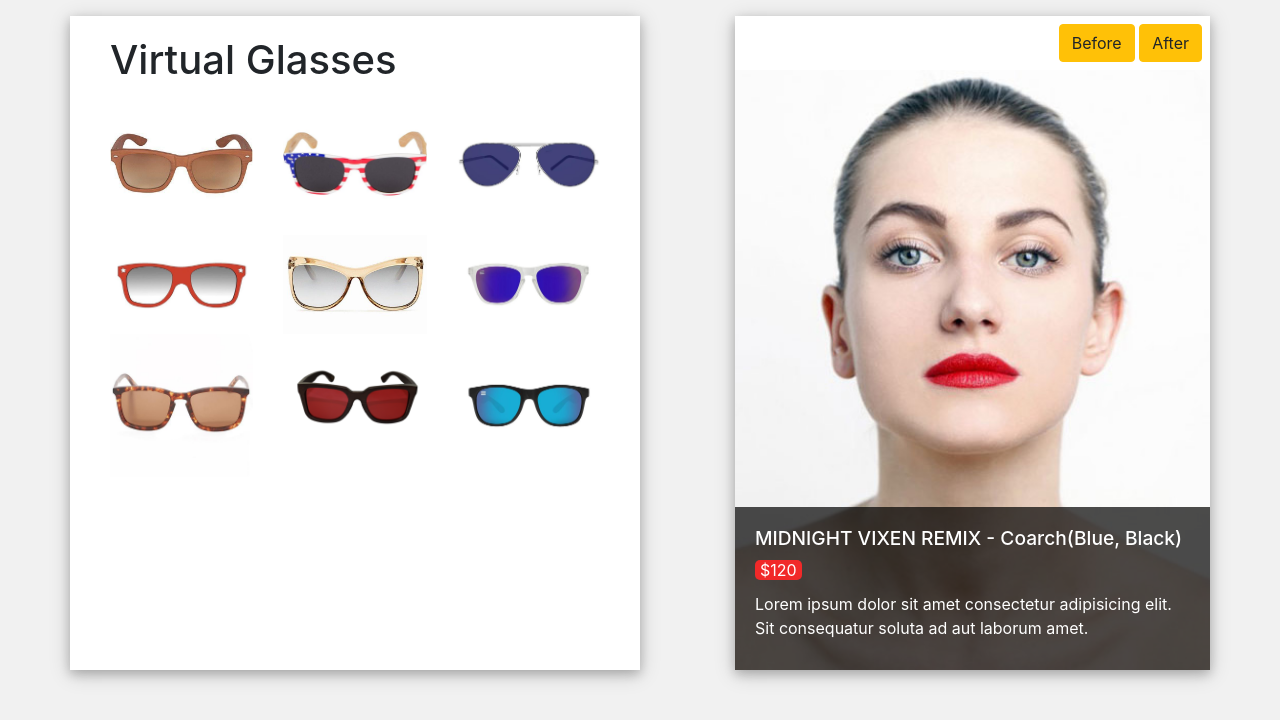
Repository: Khoi300399/BC35E_ES6_B2_MaThanhKhoi
Page: index.html
The author's editor kept a copy of each file at every save. The page is drawn from the files as they stood at one save, then again after the next save.
The browser window is 1280 px wide. The pictures show the whole page.

Above is the page before, as saved 2022-10-22 00:08:11.
Console error (its wording comes from the project's code and is left out).

After the next save:
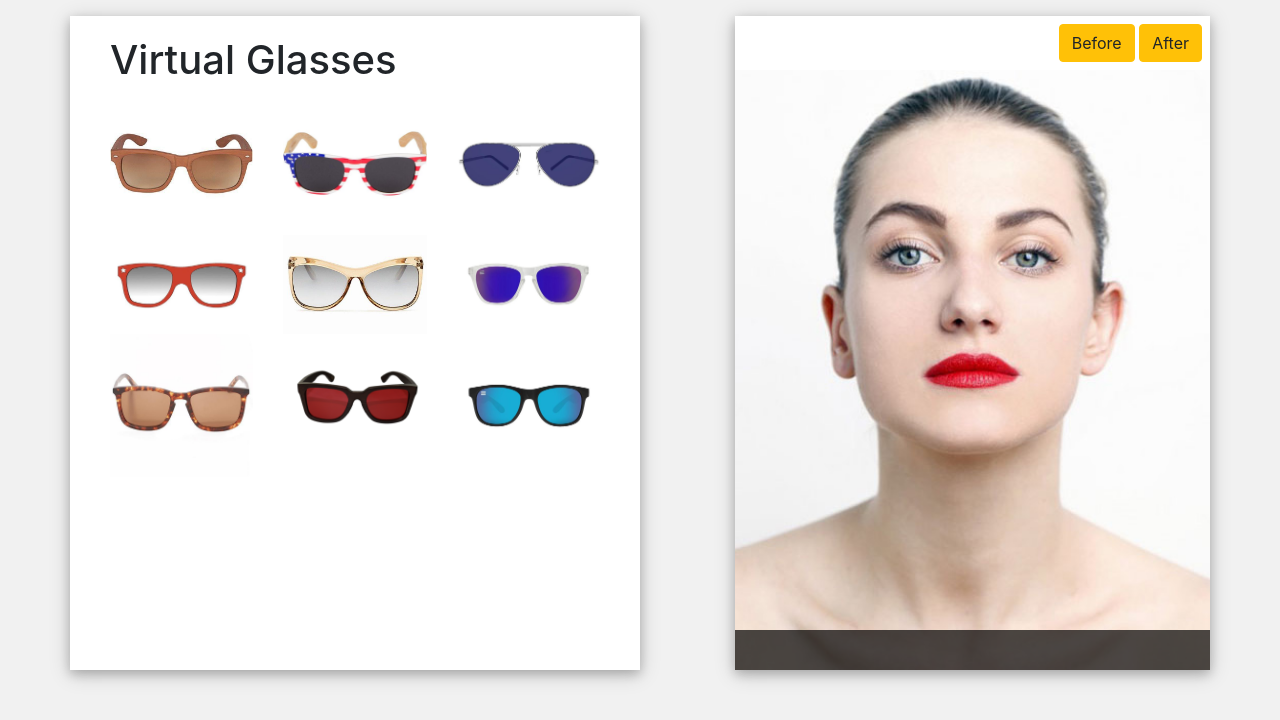
Saved 2 min 12 s later.
--- a/index.html
+++ b/index.html
@@ -48,12 +48,12 @@
             </div>
             <div class="vglasses__model" id="avatar"></div>
             <div id="glassesInfo" class="vglasses__info">
-              <h3>MIDNIGHT VIXEN REMIX - Coarch(Blue, Black)</h3>
+              <!-- <h3>MIDNIGHT VIXEN REMIX - Coarch(Blue, Black)</h3>
               <span>$120</span>
               <p>
                 Lorem ipsum dolor sit amet consectetur adipisicing elit. Sit
                 consequatur soluta ad aut laborum amet.
-              </p>
+              </p> -->
             </div>
           </div>
         </div>

After the save that followed:
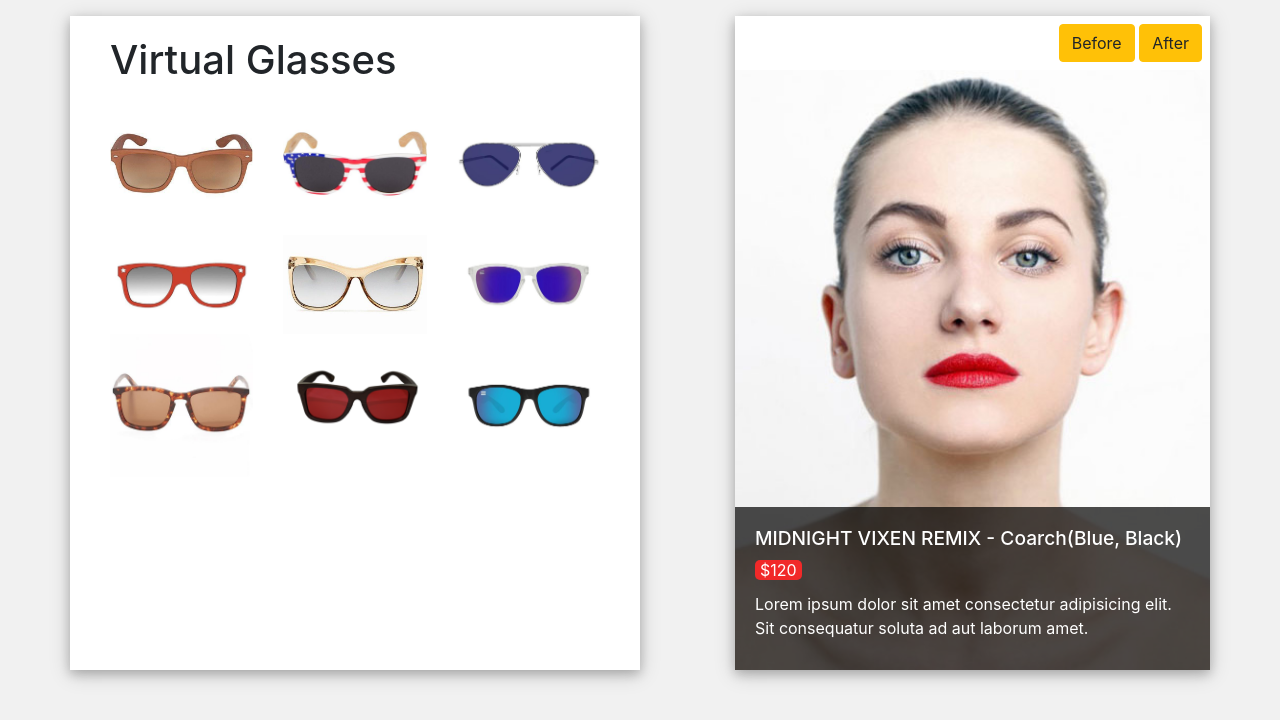
Saved 8 s later.
--- a/index.html
+++ b/index.html
@@ -48,12 +48,12 @@
             </div>
             <div class="vglasses__model" id="avatar"></div>
             <div id="glassesInfo" class="vglasses__info">
-              <!-- <h3>MIDNIGHT VIXEN REMIX - Coarch(Blue, Black)</h3>
+              <h3>MIDNIGHT VIXEN REMIX - Coarch(Blue, Black)</h3>
               <span>$120</span>
               <p>
                 Lorem ipsum dolor sit amet consectetur adipisicing elit. Sit
                 consequatur soluta ad aut laborum amet.
-              </p> -->
+              </p>
             </div>
           </div>
         </div>
